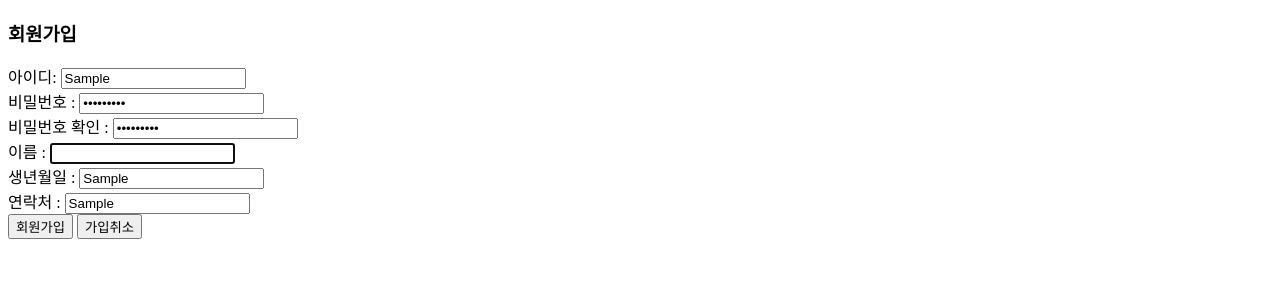
Repository: saysang22/servlet
Page: http://localhost/JSPBook/ch08/validation06.jsp
The author's editor kept a copy of each file at every save. The page is drawn from the files as they stood at one save, then again after the next save.
The browser window is 1280 px wide. The pictures show the whole page.
Empty fields were first filled with sample values (such as "Sample", 5 or name@example.com).
After loading, the first visible `input[onclick="ckFun()"]` was clicked once.
The page is served by Tomcat 10.

Above is the page before, as saved 2024-05-31 04:54:34.

After the next save:
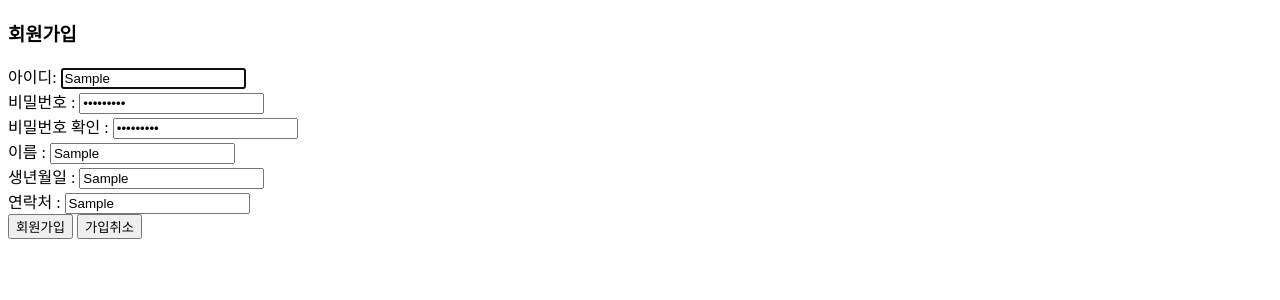
Console error: SyntaxError: Unexpected token ')'
Saved 63 s later.
--- a/JSPBook/src/main/webapp/ch08/validation06.jsp
+++ b/JSPBook/src/main/webapp/ch08/validation06.jsp
@@ -43,6 +43,7 @@
 			//아이디는 영문대소문자, 숫자, _ 가능
 			let id = document.member.id;
 			let pw = document.member.passwd1;
+			let pwCk = document.member.passwd2;
 			let name = document.member.name;
 			let birth = document.member.birth;
 			let tel = document.member.tel;
@@ -99,6 +100,8 @@
 			}
 
 			//비밀번호와 비밀번호 확인 일치 여부
+
+			if()
 
 			//이름 입력 유무
 

After the 2 saves that followed:
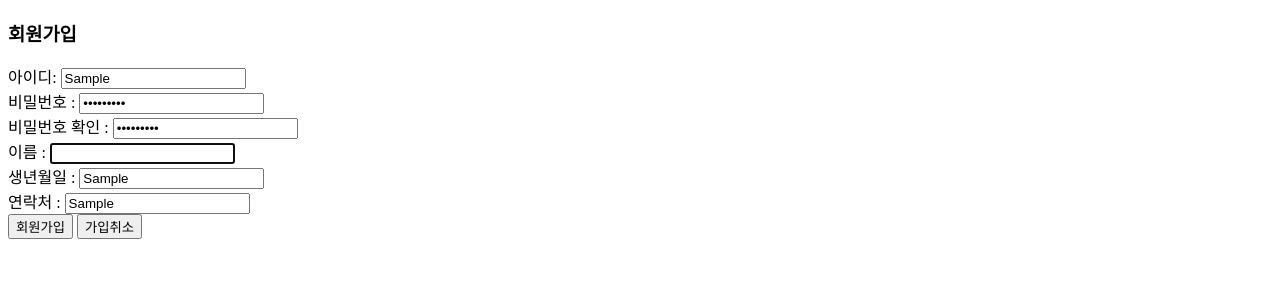
The error is gone.
The 2 saves are shown as one change because they came seconds apart.
The last was saved 66 s later.
--- a/JSPBook/src/main/webapp/ch08/validation06.jsp
+++ b/JSPBook/src/main/webapp/ch08/validation06.jsp
@@ -101,7 +101,9 @@
 
 			//비밀번호와 비밀번호 확인 일치 여부
 
-			if()
+			if(pw.value != pwCk) {
+				alert("비밀번호가 일치하지 않습니다.");
+			}
 
 			//이름 입력 유무
 
